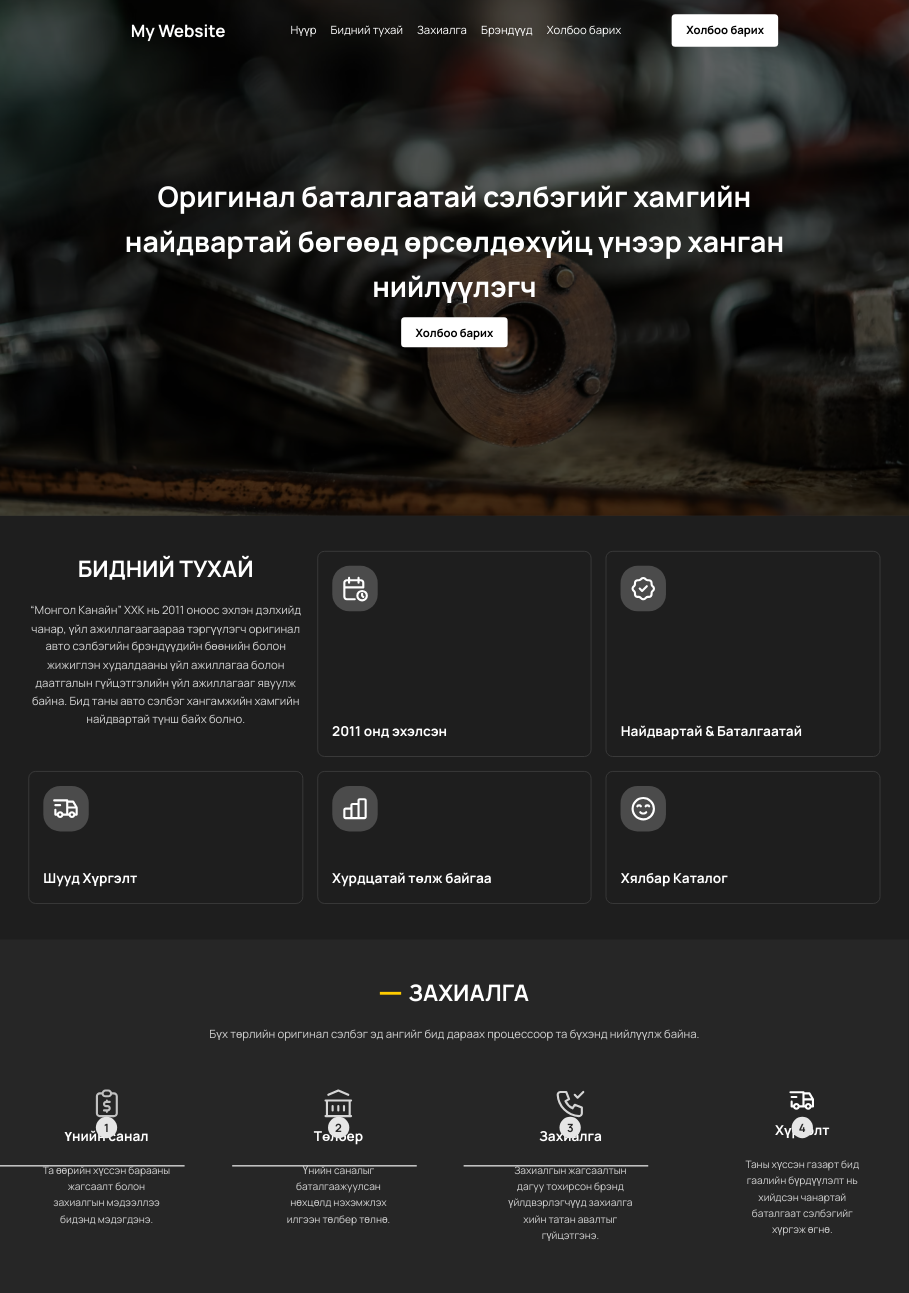
Repository: temuujinnn/mongol_kanain
Page: index.html
These files come from the project's save history. The page is drawn as it stood at one moment and after the next save; the edit follows.
The browser window is 1280 px wide. The pictures show the whole page, at 71% of full size.

Above is the page before, as saved 2024-08-22 18:26:46.

After the next save:
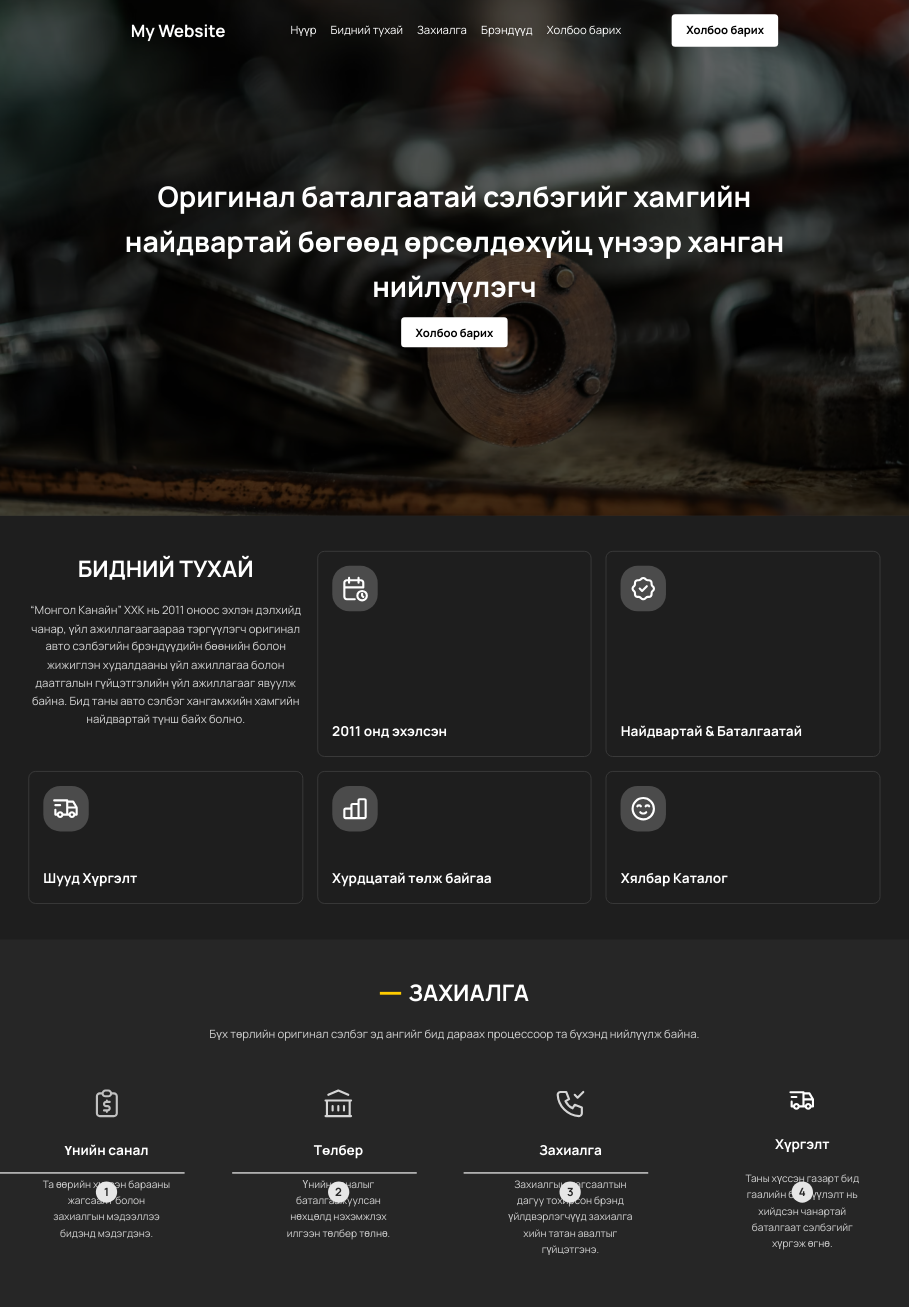
Saved 80 s later.
--- a/style.css
+++ b/style.css
@@ -279,8 +279,8 @@
 
 .step-number {
     position: absolute;
-    top: 30%;
-    /* Move the step number higher */
+    top: 60%;
+    /* Move the step number lower to avoid overlap with icons */
     left: 50%;
     transform: translate(-50%, -50%);
     background-color: #e6e6e6;
@@ -301,6 +301,8 @@
     font-size: 1.2rem;
     margin-bottom: 10px;
     color: #fff;
+    margin-top: 20px;
+    /* Ensure there's enough space above the title */
 }
 
 .step p {
